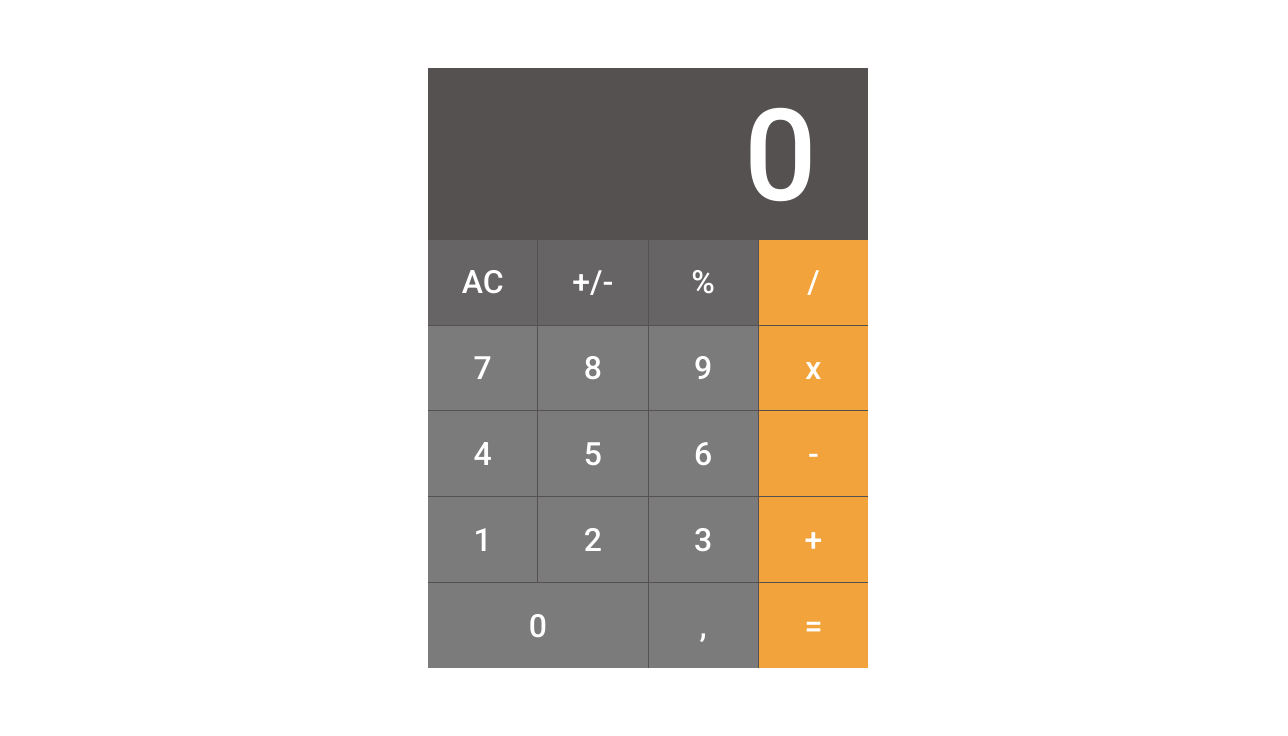
Repository: maciekto/calculatorOOP
Page: index.html
These files come from the project's save history. The page is drawn as it stood at one moment and after the next save; the edit follows.
The browser window is 1280 px wide. The page is 1288 px wide, so the pictures cover 1288 px, including what lies to the right of the window. The pictures show the whole page.

Above is the page before, as saved 2022-07-08 16:59:07.

After the next save:
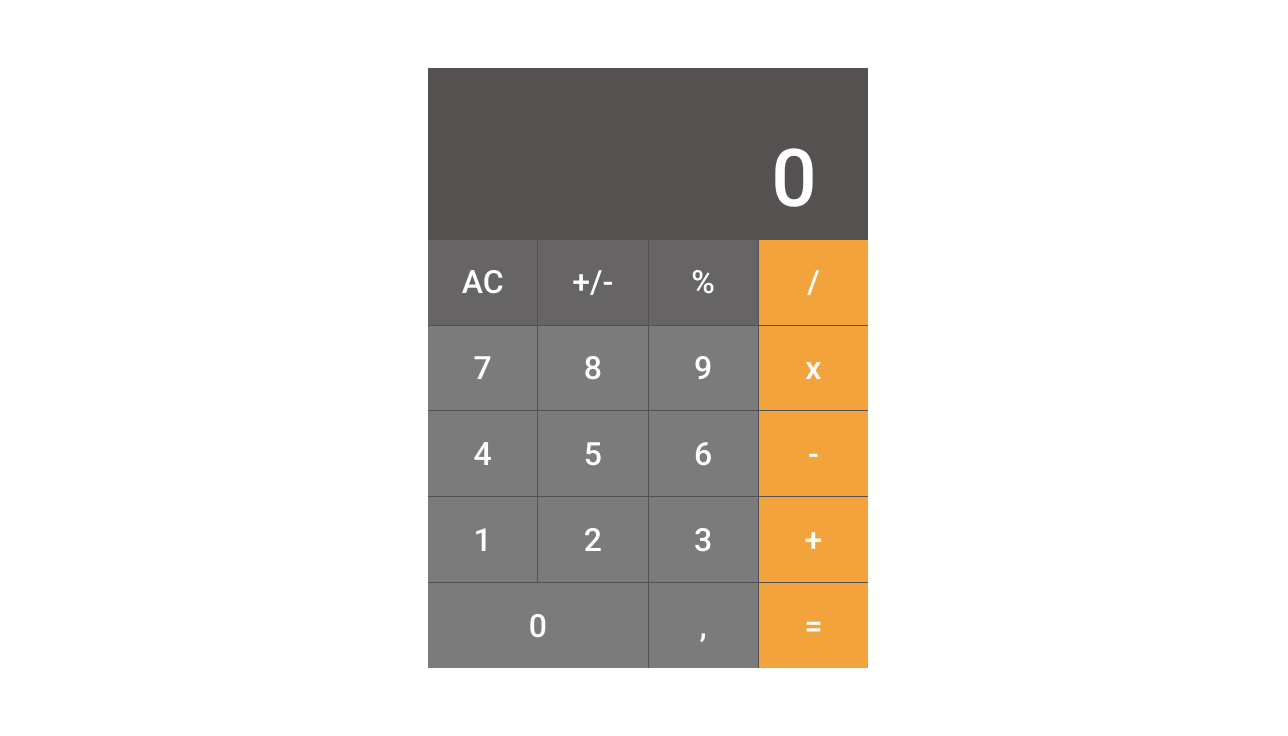
Saved 5 s later.
--- a/css.css
+++ b/css.css
@@ -45,10 +45,11 @@ main {
     grid-area: result;
     background: #545150 !important;
     place-items: end end !important;
+    font-size: 10vw;
 }
 .Calc__result__inner {
     padding: 1vw 4vw;
-    font-size: 10vw;
+
 
     background: #545150 !important;
 
